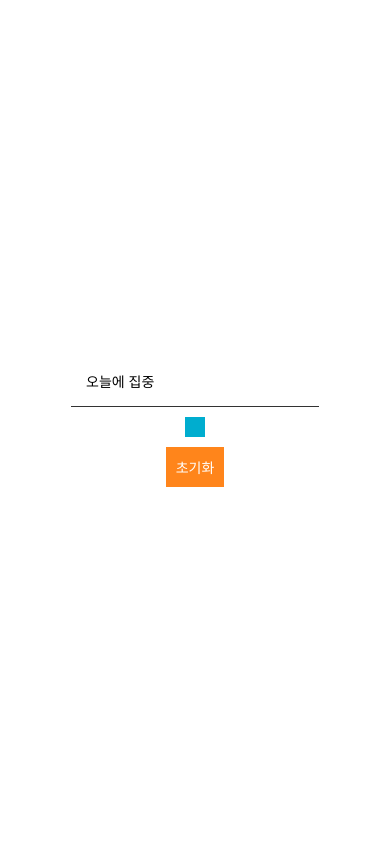
Repository: GoodHoneyCake/toy_project
Page: /
The author's editor kept a copy of each file at every save. The page is drawn from the files as they stood at one save, then again after the next save.
The browser window is 390 px wide. The pictures show the whole page.
The app was drawn by React Native's web renderer in a window 390 px wide. The project was rebuilt for these pictures with package versions that can differ from the ones it lists, and the page was loaded fresh each time.

Above is the page before, as saved 2021-02-05 14:10:51.

### App.js
import React from "react";
import {
  StyleSheet,
  Text,
  View,
  TextInput,
  TouchableOpacity,
} from "react-native";
import AsyncStorage from "@react-native-async-storage/async-storage";

const STORAGE_KEY = "@save_name";

class App extends React.Component {
  state = {
    text: "",
    name: "",
  };

  componentDidMount() {
    this.retrieveData();
  }

  retrieveData = async () => {
    try {
      const name = await AsyncStorage.getItem(STORAGE_KEY);

      if (name !== null) {
        this.setState({ name });
      }
    } catch (e) {
      alert("Failed to load name.");
    }
  };

  save = async (name) => {
    try {
      await AsyncStorage.setItem(STORAGE_KEY, name);
      alert("오늘에 집중♥");
      this.setState({ name });
    } catch (e) {
      alert("Failed to save name.");
    }
  };

  removeEverything = async () => {
    try {
      await AsyncStorage.clear();
      alert("초기화♥");
    } catch (e) {
      alert("Failed to clear the async storage.");
    }
  };

  onChangeText = (text) => this.setState({ text });

  onSubmitEditing = () => {
    const onSave = this.save;
    const { text } = this.state;

    if (!text) return;

    onSave(text);
    this.setState({ text: "" });
  };

  render() {
    const { text, name } = this.state;
    return (
      <View style={styles.container}>
        <TextInput
          style={styles.input}
          value={text}
          placeholder="오늘에 집중"
          onChangeText={this.onChangeText}
          onSubmitEditing={this.onSubmitEditing}
        />
        <Text style={styles.text}>{name}</Text>
        <TouchableOpacity onPress={this.removeEverything} style={styles.button}>
          <Text style={styles.buttonText}>초기화</Text>
        </TouchableOpacity>
      </View>
    );
  }
}

const styles = StyleSheet.create({
  container: {
    flex: 1,
    backgroundColor: "#fff",
    alignItems: "center",
    justifyContent: "center",
  },
  text: {
    fontSize: 20,
    padding: 10,
    backgroundColor: "#00ADCF",
  },
  input: {
    padding: 15,
    height: 50,
    borderBottomWidth: 1,
    borderBottomColor: "#333",
    margin: 10,
  },
  button: {
    margin: 10,
    padding: 10,
    backgroundColor: "#FF851B",
  },
  buttonText: {
    fontSize: 14,
    color: "#fff",
  },
});

export default App;

After the next save:
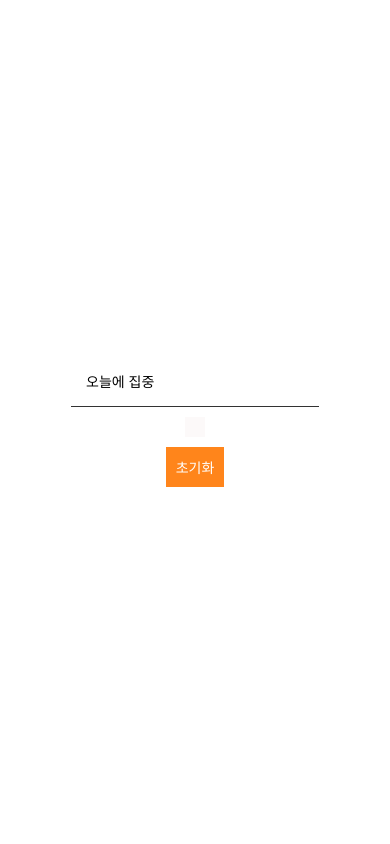
Saved 8 min 10 s later.
--- a/App.js
+++ b/App.js
@@ -93,7 +93,7 @@ const styles = StyleSheet.create({
   text: {
     fontSize: 20,
     padding: 10,
-    backgroundColor: "#00ADCF",
+    backgroundColor: "#fcf9f9",
   },
   input: {
     padding: 15,
